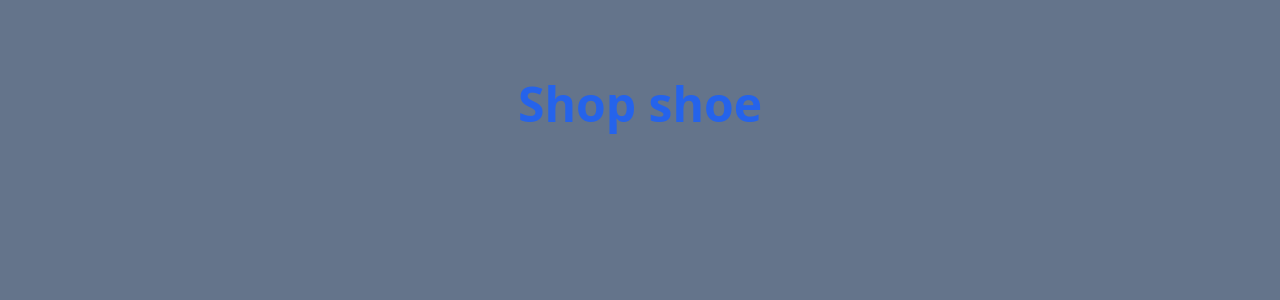
Repository: baobaodeveloper/bootcamp21_ShopShoe_HuynhAnhBao
Page: /
An editor plug-in stored every save of this project. The page is shown before and after the next save, followed by the edit.
The browser window is 1280 px wide. The pictures show the whole page.
The project was rebuilt for these pictures with package versions that can differ from the ones it lists, and the page was loaded fresh each time. Also part of the build but not shown: vite.config.js.

Above is the page before, as saved 2022-05-09 21:04:32.

### src/main.jsx
import React from "react";
import ReactDOM from "react-dom/client";
import App from "./App";
import "./index.scss";
import { Provider } from "react-redux";
import { store } from "./store";

ReactDOM.createRoot(document.getElementById("root")).render(
  <Provider store={store}>
    <React.StrictMode>
      <App />
    </React.StrictMode>
  </Provider>
);

### src/App.jsx
import ProductList from "./components/ProductList";

function App() {
  return <ProductList></ProductList>;
}

export default App;

### src/index.scss
@tailwind base;
@tailwind components;
@tailwind utilities;

@layer base {
  body {
    @apply bg-slate-500;
  }
}

### src/store.jsx
import { createStore } from "redux";
import { rootReducer } from "./reducers";

export const store = createStore(rootReducer);

### src/components/ProductList.jsx
import React, { Component } from "react";
import { connect } from "react-redux";
import ProductItem from "./ProductItem";

const mapStateToProps = (state) => {
  return {
    shoeList: state.shoeReducer.shoeList,
  };
};
class ProductList extends Component {
  render() {
    const shoeList = this.props.shoeList;
    console.log(shoeList);
    return (
      <div className="p-10">
        <h1 className="my-10 text-5xl font-semibold text-center text-blue-600">
          Shop shoe
        </h1>
        <div className="grid grid-cols-3 gap-5">
          {shoeList.length > 0 &&
            shoeList.map((item) => (
              <ProductItem key={item.id} item={item}></ProductItem>
            ))}
        </div>
      </div>
    );
  }
}

export default connect(mapStateToProps, null)(ProductList);

### src/reducers/index.jsx
import { combineReducers } from "redux";
import shoeReducer from "./shoeReducer";

export const rootReducer = combineReducers({
  shoeReducer,
});

### src/components/ProductItem.jsx
import React, { Component } from "react";

export default class ProductItem extends Component {
  render() {
    const {} = this.props.item;
    return <div></div>;
  }
}

### src/reducers/shoeReducer.jsx
const initialState = {
  shoeList: [
    {
      id: 1,
      name: "Adidas Prophere",
      alias: "adidas-prophere",
      price: 350,
      description:
        "The adidas Primeknit upper wraps the foot with a supportive fit that enhances movement.\r\n\r\n",
      shortDescription:
        "The midsole contains 20% more Boost for an amplified Boost feeling.\r\n\r\n",
      quantity: 995,
      image: "http://svcy3.myclass.vn/images/adidas-prophere.png",
    },
    {
      id: 2,
      name: "Adidas Prophere Black White",
      alias: "adidas-prophere-black-white",
      price: 450,
      description:
        "The adidas Primeknit upper wraps the foot with a supportive fit that enhances movement.\r\n\r\n",
      shortDescription:
        "The midsole contains 20% more Boost for an amplified Boost feeling.\r\n\r\n",
      quantity: 990,
      image: "http://svcy3.myclass.vn/images/adidas-prophere-black-white.png",
    },
    {
      id: 3,
      name: "Adidas Prophere Customize",
      alias: "adidas-prophere-customize",
      price: 375,
      description:
        "The adidas Primeknit upper wraps the foot with a supportive fit that enhances movement.\r\n\r\n",
      shortDescription:
        "The midsole contains 20% more Boost for an amplified Boost feeling.\r\n\r\n",
      quantity: 415,
      image: "http://svcy3.myclass.vn/images/adidas-prophere-customize.png",
    },
    {
      id: 4,
      name: "Adidas Super Star Red",
      alias: "adidas-super-star-red",
      price: 465,
      description:
        "The adidas Primeknit upper wraps the foot with a supportive fit that enhances movement.\r\n\r\n",
      shortDescription:
        "The midsole contains 20% more Boost for an amplified Boost feeling.\r\n\r\n",
      quantity: 542,
      image: "http://svcy3.myclass.vn/images/adidas-super-star-red.png",
    },
    {
      id: 5,
      name: "Adidas Swift Run",
      alias: "adidas-swift-run",
      price: 550,
      description:
        "The adidas Primeknit upper wraps the foot with a supportive fit that enhances movement.\r\n\r\n",
      shortDescription:
        "The midsole contains 20% more Boost for an amplified Boost feeling.\r\n\r\n",
      quantity: 674,
      image: "http://svcy3.myclass.vn/images/adidas-swift-run.png",
    },
    {
      id: 6,
      name: "Adidas Tenisky Super Star",
      alias: "adidas-tenisky-super-star",
      price: 250,
      description:
        "The adidas Primeknit upper wraps the foot with a supportive fit that enhances movement.\r\n\r\n",
      shortDescription:
        "The midsole contains 20% more Boost for an amplified Boost feeling.\r\n\r\n",
      quantity: 456,
      image: "http://svcy3.myclass.vn/images/adidas-tenisky-super-star.png",
    },
    {
      id: 7,
      name: "Adidas Ultraboost 4",
      alias: "adidas-ultraboost-4",
      price: 450,
      description:
        "The adidas Primeknit upper wraps the foot with a supportive fit that enhances movement.\r\n\r\n",
      shortDescription:
        "The midsole contains 20% more Boost for an amplified Boost feeling.\r\n\r\n",
      quantity: 854,
      image: "http://svcy3.myclass.vn/images/adidas-ultraboost-4.png",
    },
    {
      id: 8,
      name: "Adidas Yeezy 350",
      alias: "adidas-yeezy-350",
      price: 750,
      description:
        "The adidas Primeknit upper wraps the foot with a supportive fit that enhances movement.\r\n\r\n",
      shortDescription:
        "The midsole contains 20% more Boost for an amplified Boost feeling.\r\n\r\n",
      quantity: 524,
      image: "http://svcy3.myclass.vn/images/adidas-yeezy-350.png",
    },
    {
      id: 9,
      name: "Nike Adapt BB",
      alias: "nike-adapt-bb",
      price: 630,
      description:
        "Nike shoe is the rare high-percentage shooter who's also a coach's dream on D. Designed for his unrivaled 2-way game, the PG 4 unveils a new cushioning system that's lightweight, articulated and responsive, ideal for players like PG who go hard every play.\r\n\r\n",
      shortDescription: "Paul George is the rare high-percentage shooter",
      quantity: 599,
      image: "http://svcy3.myclass.vn/images/nike-adapt-bb.png",
    },
    {
      id: 10,
      name: "Nike Air Max 97",
      alias: "nike-air-max-97",
      price: 650,
      description:
        "Nike shoe is the rare high-percentage shooter who's also a coach's dream on D. Designed for his unrivaled 2-way game, the PG 4 unveils a new cushioning system that's lightweight, articulated and responsive, ideal for players like PG who go hard every play.\r\n\r\n",
      shortDescription: "Paul George is the rare high-percentage shooter",
      quantity: 984,
      image: "http://svcy3.myclass.vn/images/nike-air-max-97.png",
    },
    {
      id: 11,
      name: "Nike Air Max 97 Blue",
      alias: "nike-air-max-97-blue",
      price: 450,
      description:
        "Nike shoe is the rare high-percentage shooter who's also a coach's dream on D. Designed for his unrivaled 2-way game, the PG 4 unveils a new cushioning system that's lightweight, articulated and responsive, ideal for players like PG who go hard every play.\r\n\r\n",
      shortDescription: "Paul George is the rare high-percentage shooter",
      quantity: 875,
      image: "http://svcy3.myclass.vn/images/nike-air-max-97-blue.png",
    },
    {
      id: 12,
      name: "Nike Air Max 270 React",
      alias: "nike-air-max-270-react",
      price: 750,
      description:
        "Nike shoe is the rare high-percentage shooter who's also a coach's dream on D. Designed for his unrivaled 2-way game, the PG 4 unveils a new cushioning system that's lightweight, articulated and responsive, ideal for players like PG who go hard every play.\r\n\r\n",
      shortDescription: "Paul George is the rare high-percentage shooter",
      quantity: 445,
      image: "http://svcy3.myclass.vn/images/nike-air-max-270-react.png",
    },
  ],
};

const shoeReducer = (state = initialState, action) => {
  switch (action.type) {
    case "SHOW_DETAIL": {
      return state;
    }
    case "ADD_SHOPPING_CARD": {
      return state;
    }
    case "SHOW_SHOPPING_CARD": {
      return state;
    }

    default:
      return state;
  }
};
export default shoeReducer;

Loaded but not shown: index.html (common file); tailwind.config.js (common file)

After the next save:
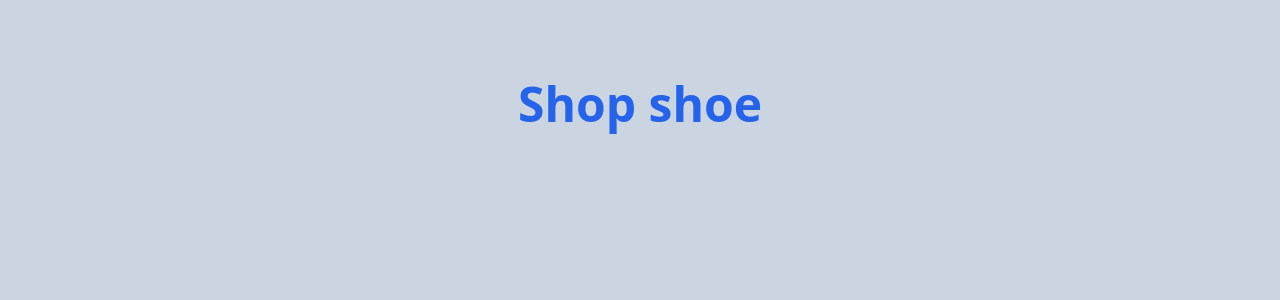
Saved 7 s later.
--- a/src/index.scss
+++ b/src/index.scss
@@ -4,6 +4,6 @@
 
 @layer base {
   body {
-    @apply bg-slate-500;
+    @apply bg-slate-300;
   }
 }
